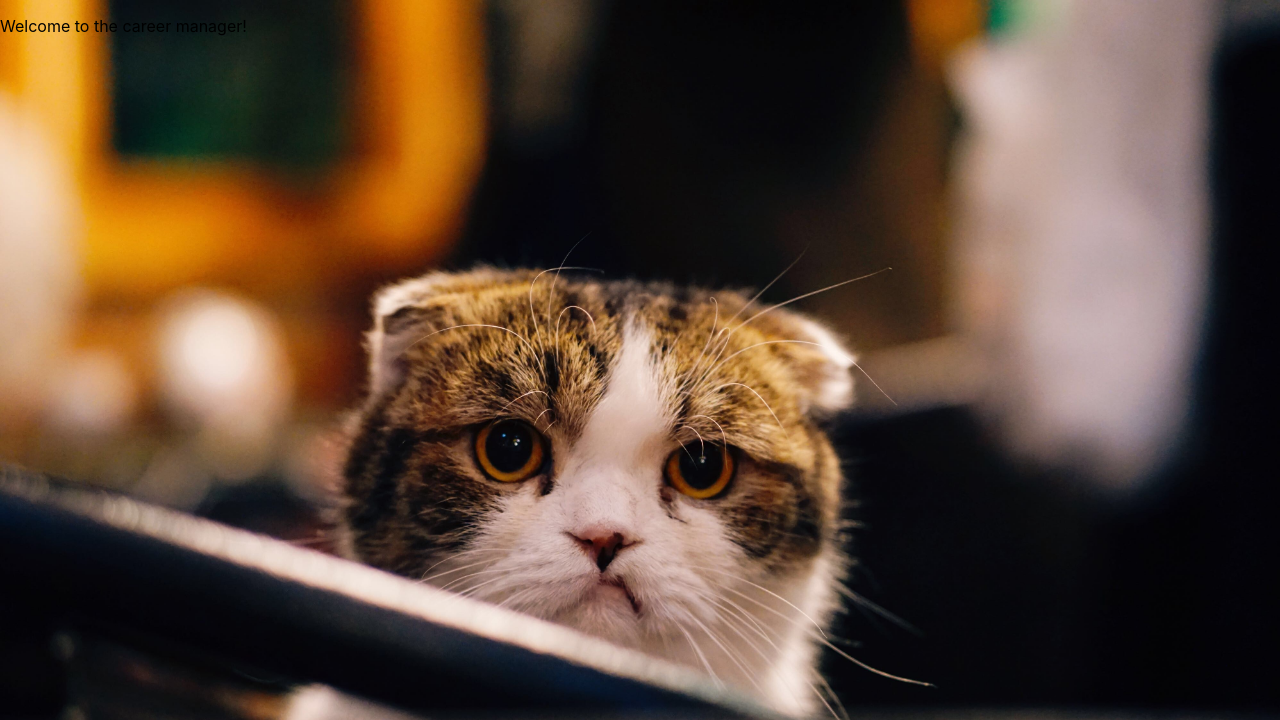
Repository: kinetic-coder/career-manager
Page: /
These files come from the project's save history. The page is drawn as it stood at one moment and after a run of saves; the edit follows.
The browser window is 1280 px wide. The pictures show the whole page.
The project was rebuilt for these pictures with package versions that can differ from the ones it lists, and the page was loaded fresh each time. Also part of the build but not shown: src/views/ErrorPage/ErrorPage.js.

Above is the page before, as saved 2020-10-08 11:12:20.

### src/index.js
import React from 'react';
import ReactDOM from 'react-dom';
import './index.css';
import * as serviceWorker from './serviceWorker';
import Routes from './components/Routes';

ReactDOM.render(
  <React.StrictMode>
    <Routes />
  </React.StrictMode>,
  document.getElementById('root')
);

// If you want your app to work offline and load faster, you can change
// unregister() to register() below. Note this comes with some pitfalls.
// Learn more about service workers: https://bit.ly/CRA-PWA
serviceWorker.unregister();

### src/components/Routes.js
import React from 'react';
import { BrowserRouter as Router, Route, Switch } from 'react-router-dom';

// Pages
import HomePage from '../views/HomePage/HomePage';
import ErrorPage from '../views/ErrorPage/ErrorPage';

const Routes = () => {
    return (
        <div>
            <Router>
                <Switch>
                    <Route path="/" component={HomePage} exact />
                    <Route component={ErrorPage} exact/>
                </Switch>
            </Router>
        </div>
    );
}

export default Routes;

### src/views/HomePage/HomePage.js
import React from 'react';
import NavigationBar from '../../components/NavigationBar';

 const HomePage = () => {
    return (
      <div>
        <p>
          Welcome to the career manager!
        </p>
      </div>
    );
}

export default HomePage;

### src/views/ErrorPage/ErrorPage.css
.error-message {
  color:white;
  text-align: center;
}

.error-message-heading {
    color:white;
    text-align: center;
}

.error-message-section {
    text-align: center;
}

html {
    background-image: url('./cat-error.jpg');
    min-height: 100%;
    background-size: cover;
}

### src/components/NavigationBar.js
import React from 'react';
import { makeStyles } from '@material-ui/core/styles';
import AppBar from '@material-ui/core/AppBar';
import Toolbar from '@material-ui/core/Toolbar';
import Typography from '@material-ui/core/Typography';
import Button from '@material-ui/core/Button';
import IconButton from '@material-ui/core/IconButton';
import MenuIcon from '@material-ui/icons/Menu';

const useStyles = makeStyles((theme) => ({
    root: {
      flexGrow: 1,
    },
    menuButton: {
      marginRight: theme.spacing(2),
    },
    title: {
      flexGrow: 1,
    },
  }));

const NavigationBar = () => {
    const classes = useStyles();

    return (
      <div className={classes.root}>
        <AppBar position="static">
          <Toolbar>
            <IconButton edge="start" className={classes.menuButton} color="inherit" aria-label="menu">
              <MenuIcon />
            </IconButton>
            <Typography variant="h6" className={classes.title}>
              Career Manager
            </Typography>
            <Button color="inherit">Login</Button>
          </Toolbar>
        </AppBar>
    </div>
    )
}

export default NavigationBar;

Loaded but not shown: src/index.css (common file); src/serviceWorker.js (common file)

After the next 3 saves:
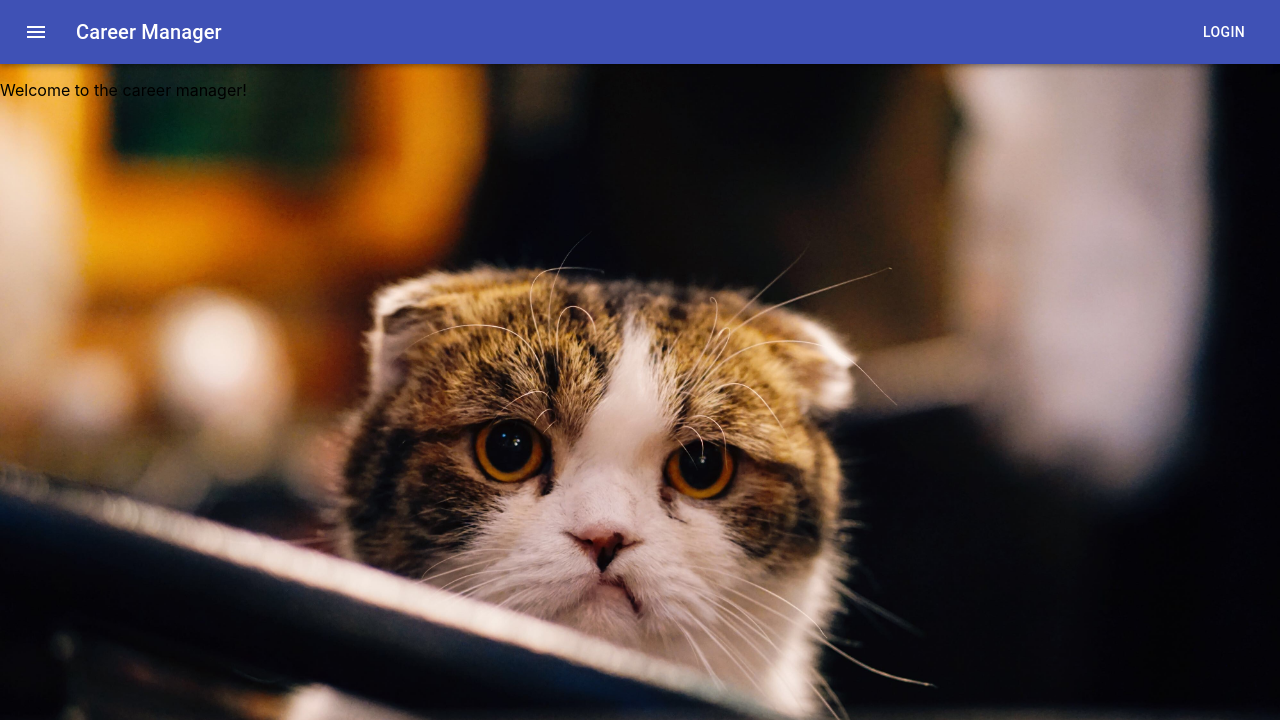
The 3 saves are shown as one change because they came seconds apart.
The last was saved 20 s later.
--- a/src/views/HomePage/HomePage.js
+++ b/src/views/HomePage/HomePage.js
@@ -4,6 +4,7 @@ import NavigationBar from '../../components/NavigationBar';
  const HomePage = () => {
     return (
       <div>
+        <NavigationBar/>
         <p>
           Welcome to the career manager!
         </p>
